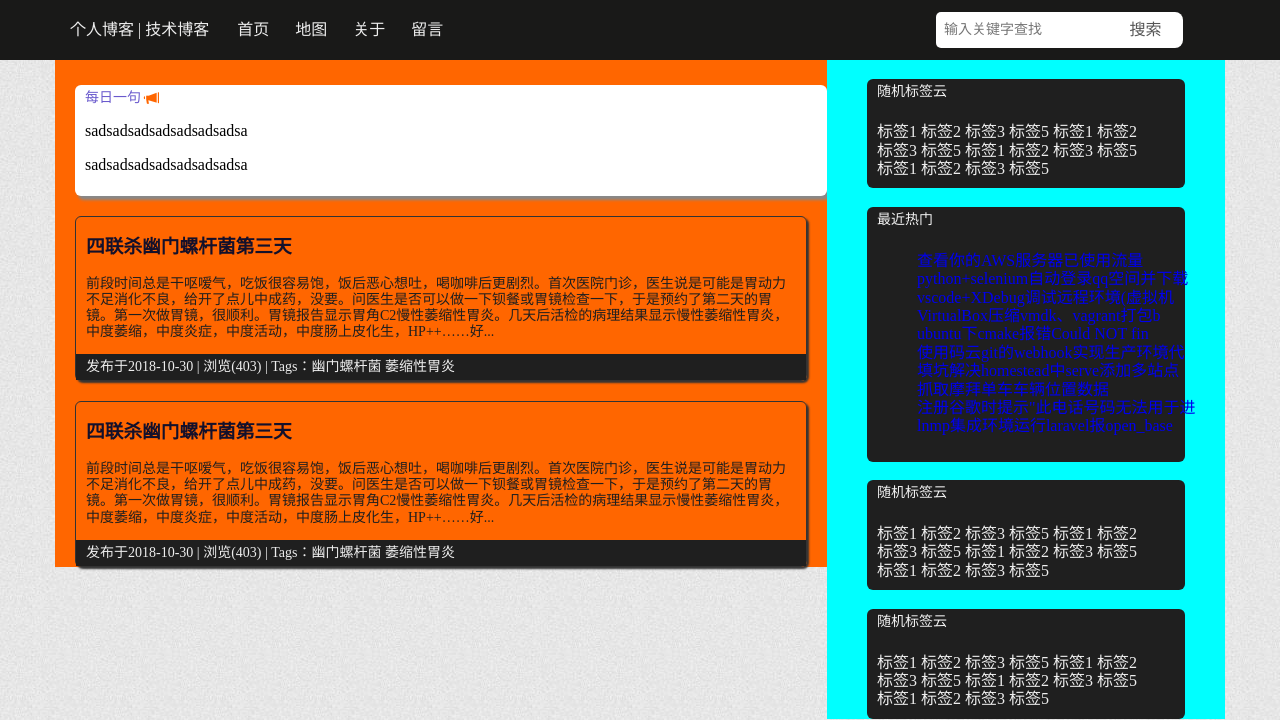
Repository: li1214/my_blog
Page: page/index.html
These files come from the project's save history. The page is drawn as it stood at one moment and after the next save; the edit follows.
The browser window is 1280 px wide. The pictures show the whole page.

Above is the page before, as saved 2019-01-04 10:56:20.

After the next save:
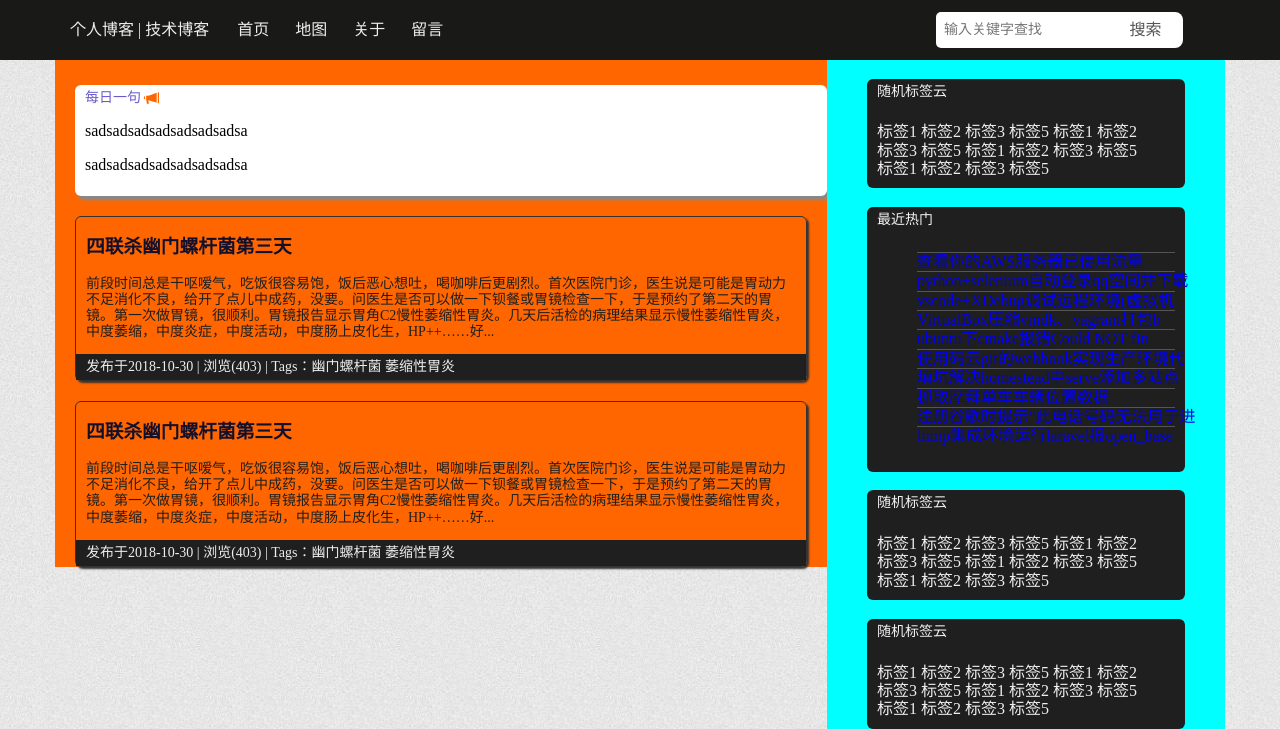
Saved 12 s later.
--- a/page/css/base.css
+++ b/page/css/base.css
@@ -275,5 +275,5 @@ header .container .search > button{
     list-style: none;
     white-space:nowrap;
     overflow: ellipsis;
-    border-top:#555;
-}
+    border-top:1px solid #555;
+}
